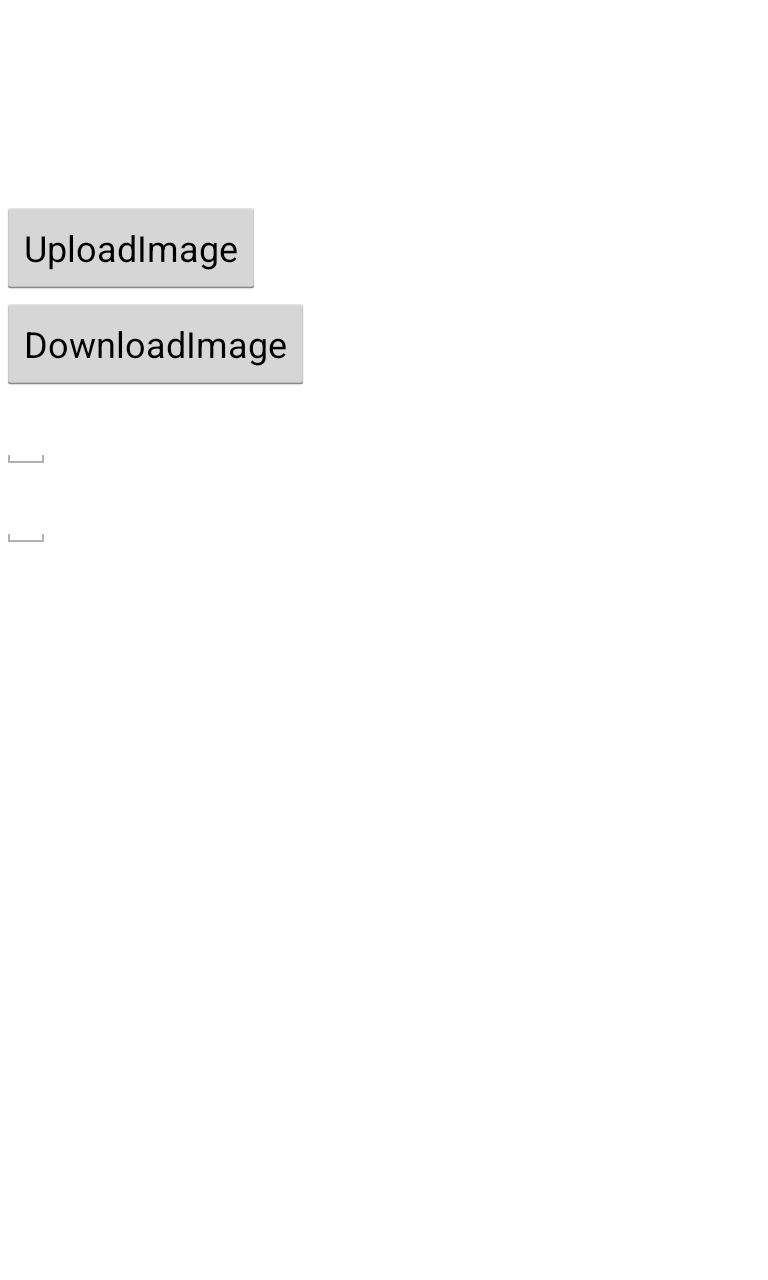
Repository: HSUmod/nanumi
Layout: Nanumi/ImageSendTest/res/layout/activity_main.xml
An editor plug-in stored every save of this project. The layout is shown before and after the next save, followed by the edit.
It is drawn on a 768 x 1280 px phone screen (xhdpi) without system bars, with theme AppTheme; the app's code is not run.

Above is the layout before, as saved 2015-11-17 07:02:50.

### Nanumi/ImageSendTest/res/layout/activity_main.xml
<LinearLayout xmlns:android="http://schemas.android.com/apk/res/android"
    xmlns:tools="http://schemas.android.com/tools"
    android:layout_width="match_parent"
    android:layout_height="match_parent"
    android:orientation="vertical"
    tools:context="com.example.imagesendtest.MainActivity" >

    <ImageView
        android:id="@+id/imageToUpload"
        android:layout_width="100dp"
        android:layout_height="100dp" />

    <ImageView
        android:id="@+id/downloadedImage"
        android:layout_width="wrap_content"
        android:layout_height="wrap_content" />

    <Button
        android:id="@+id/bUploadImage"
        android:layout_width="wrap_content"
        android:layout_height="wrap_content"
        android:text="UploadImage" />

    <Button
        android:id="@+id/bDownloadImage"
        android:layout_width="wrap_content"
        android:layout_height="wrap_content"
        android:text="DownloadImage" />

    <EditText
        android:id="@+id/uploadImageName"
        android:layout_width="wrap_content"
        android:layout_height="wrap_content" />

    <EditText
        android:id="@+id/downloadImageName"
        android:layout_width="wrap_content"
        android:layout_height="wrap_content" />

</LinearLayout>

Loaded but not shown: Nanumi/ImageSendTest/res/values/styles.xml (common file); Nanumi/ImageSendTest/res/values-v11/styles.xml (common file); Nanumi/ImageSendTest/res/values-v14/styles.xml (common file)

After the next save:
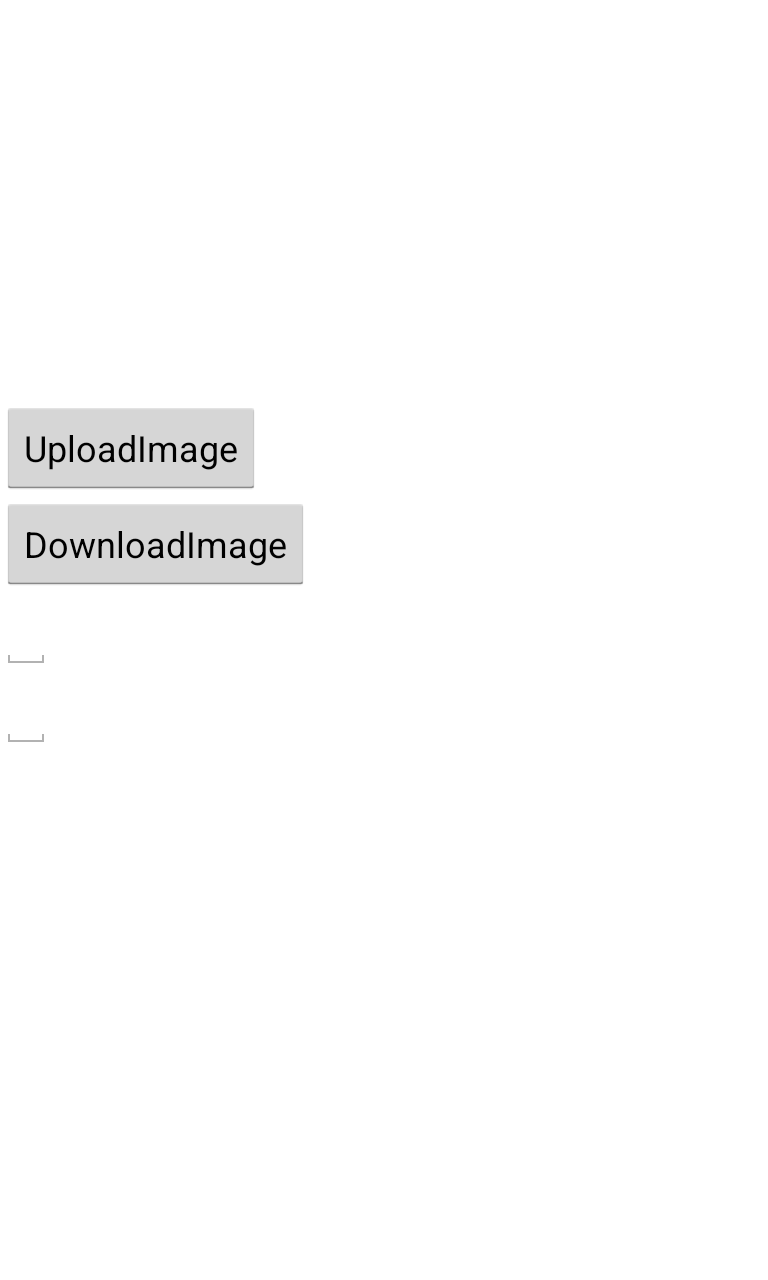
Saved 21 s later.
--- a/Nanumi/ImageSendTest/res/layout/activity_main.xml
+++ b/Nanumi/ImageSendTest/res/layout/activity_main.xml
@@ -12,8 +12,8 @@
 
     <ImageView
         android:id="@+id/downloadedImage"
-        android:layout_width="wrap_content"
-        android:layout_height="wrap_content" />
+        android:layout_width="100dp"
+        android:layout_height="100dp" />
 
     <Button
         android:id="@+id/bUploadImage"
